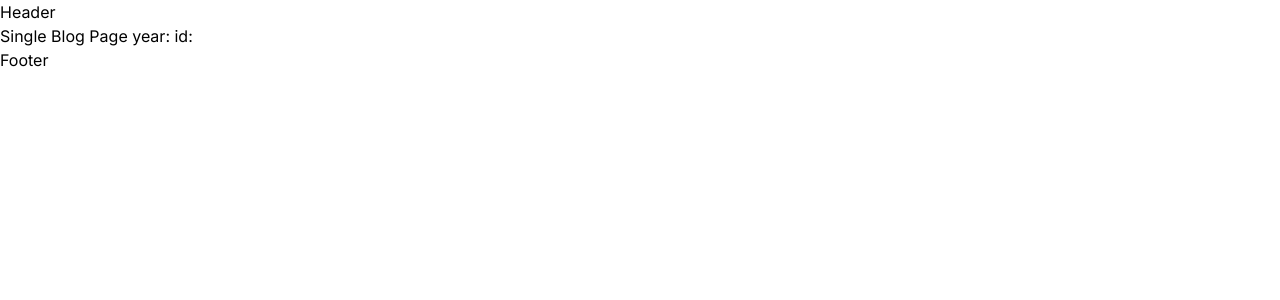
Repository: Wahid137/try-next-js
Page: /blogs/2016/1
These files come from the project's save history. The page is drawn as it stood at one moment and after the next save; the edit follows.
The browser window is 1280 px wide. The pictures show the whole page.
The project was rebuilt for these pictures with package versions that can differ from the ones it lists, and the page was loaded fresh each time. The framework's server and built-in components were replaced by stand-ins that run in the browser. Also part of the build but not shown: next.config.js.

Above is the page before, as saved 2023-10-17 00:55:07.

After the next save:
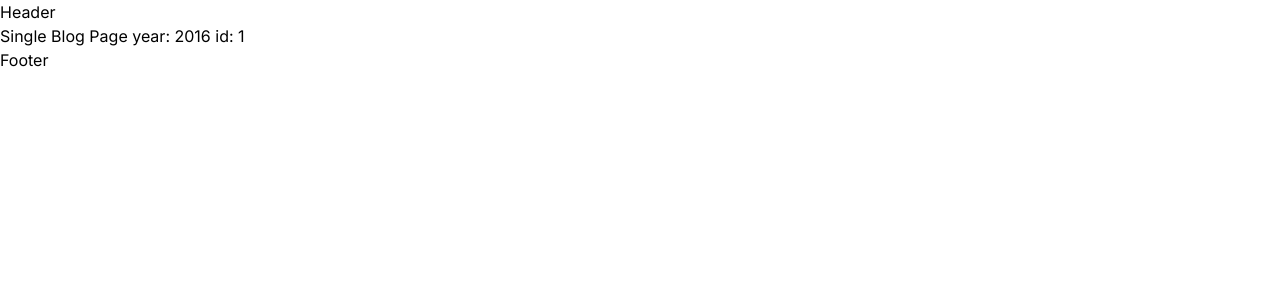
Saved 1 s later.
--- a/src/app/blogs/[...segments]/page.js
+++ b/src/app/blogs/[...segments]/page.js
@@ -1,7 +1,7 @@
 import React from 'react';
 
 const page = ({ params }) => {
-    const { year, id } = params.segments;
+    const [year, id] = params.segments;
     console.log(year)
     return (
         <div>
